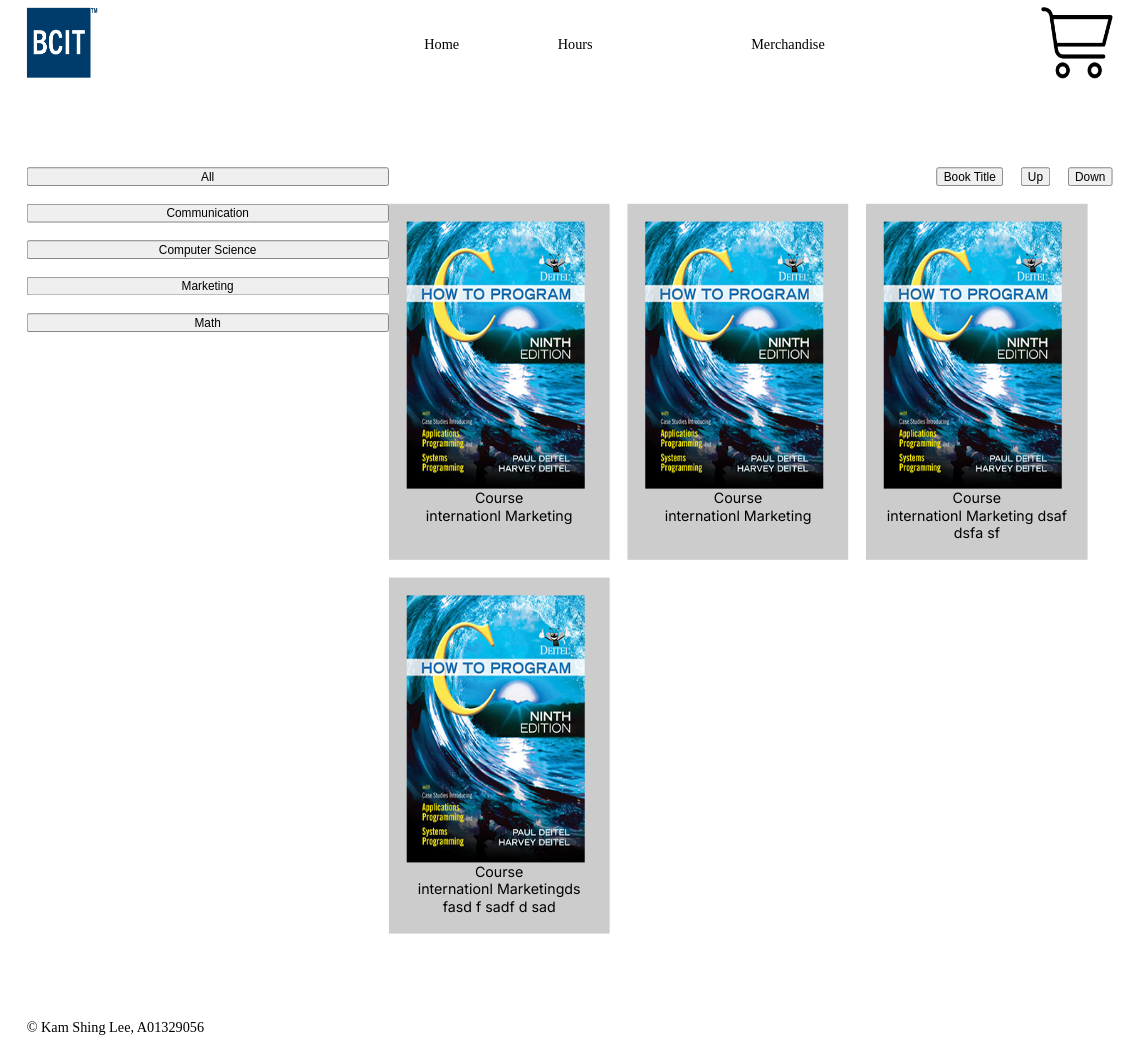
Repository: klee616/assessment3
Page: /
These files come from the project's save history. The page is drawn as it stood at one moment and after the next save; the edit follows.
The browser window is 1280 px wide. The pictures show the whole page, at 89% of full size.
The project was rebuilt for these pictures with package versions that can differ from the ones it lists, and the page was loaded fresh each time. The framework's server and built-in components were replaced by stand-ins that run in the browser. Also part of the build but not shown: next.config.mjs.

Above is the page before, as saved 2024-02-07 11:41:05.

After the next save:
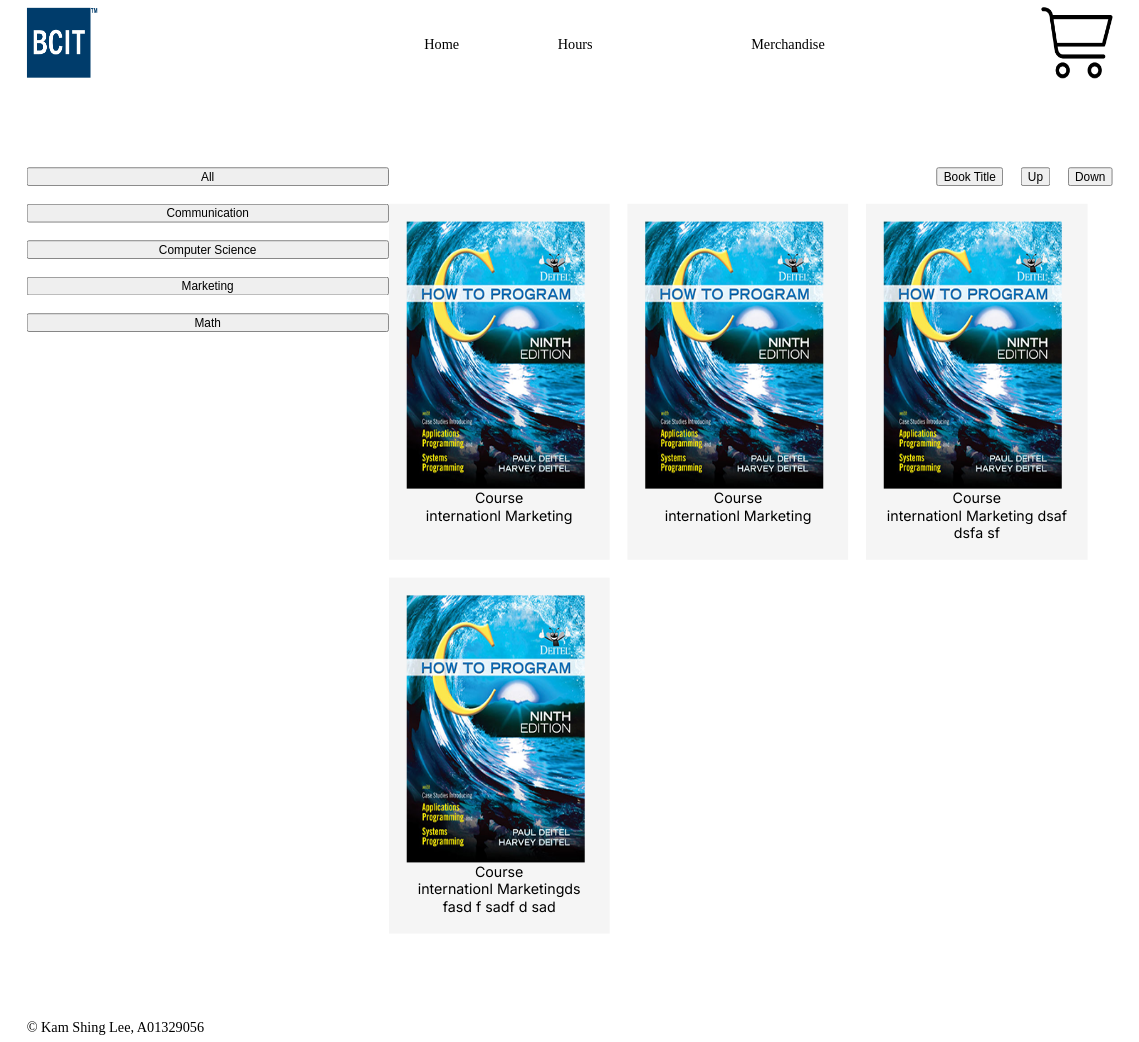
Saved 55 s later.
--- a/styles/Home.module.css
+++ b/styles/Home.module.css
@@ -37,7 +37,7 @@
   flex-wrap: nowrap;
   align-content: center;
   justify-content: flex-start;
-  background: #ccc;
+  background: var(--product-background);
   position: relative;
   padding: 20px;
   text-align: center;
